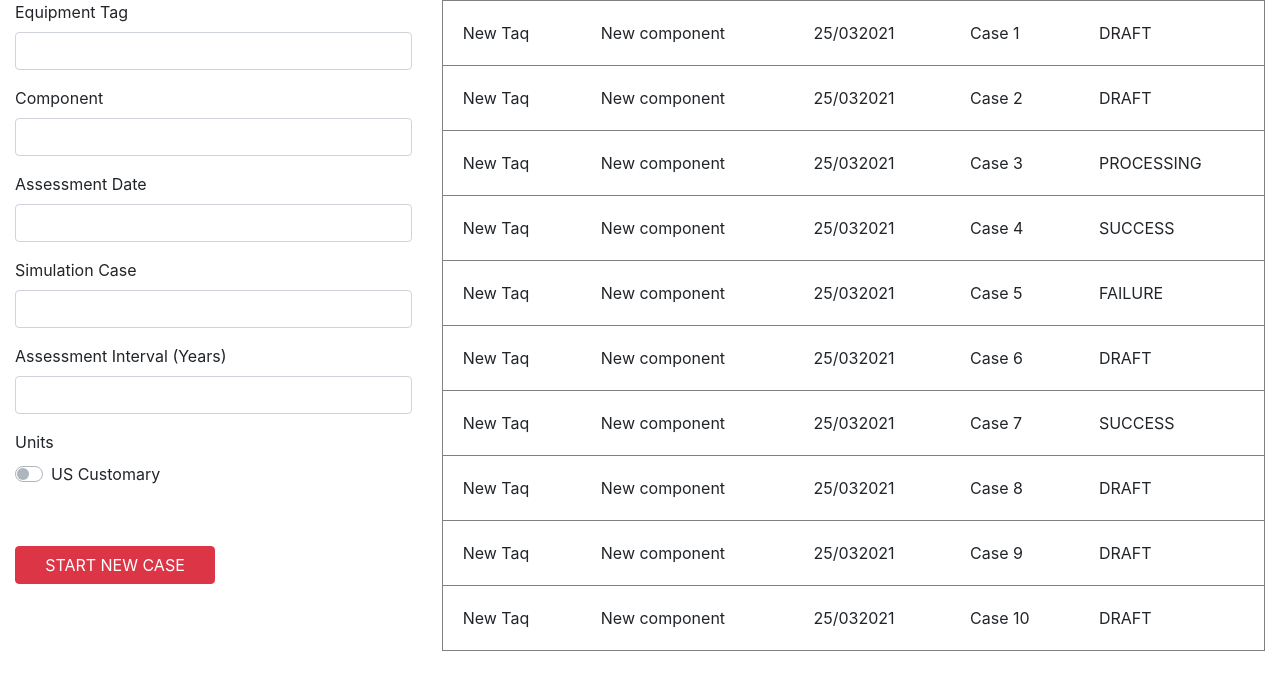
Repository: arif286/dashboard
Page: /
These files come from the project's save history. The page is drawn as it stood at one moment and after the next save; the edit follows.
The browser window is 1280 px wide. The pictures show the whole page.
The project was rebuilt for these pictures with package versions that can differ from the ones it lists, and the page was loaded fresh each time. The framework's server and built-in components were replaced by stand-ins that run in the browser. Also part of the build but not shown: nuxt.config.js, components/Nav.vue.

Above is the page before, as saved 2021-06-18 18:55:38.

### components/Form.vue
<template>
  <div>
    <form class="Assessment-input" action="">
      <div class="mb-3">
        <label for="Input1" class="form-label">Equipment Tag</label>
        <input id="Input1" type="text" class="form-control">
      </div>
      <div class="mb-3">
        <label for="Input2" class="form-label">Component</label>
        <input id="Input2" type="text" class="form-control">
      </div>
      <div class="mb-3">
        <label for="Input3" class="form-label">Assessment Date</label>
        <input id="Input3" type="text" class="form-control">
      </div>
      <div class="mb-3">
        <label for="Input4" class="form-label">Simulation Case</label>
        <input id="Input4" type="text" class="form-control">
      </div>
      <div class="mb-3">
        <label for="Input5" class="form-label">Assessment Interval (Years)</label>
        <input id="Input5" type="text" class="form-control">
      </div>
      <div>
        <label for="Input5" class="form-label">Units</label>
        <b-form-checkbox v-model="checked" name="check-button" switch>
          US Customary
        </b-form-checkbox>
      </div>
      <b-button class="submit-button" type="submit" variant="danger">
        START NEW CASE
      </b-button>
    </form>
  </div>
</template>
<script>
export default {
  data () {
    return {
      form: {
        email: '',
        name: '',
        food: null,
        checked: []
      },
      foods: [
        { text: 'Select One', value: null },
        'Carrots',
        'Beans',
        'Tomatoes',
        'Corn'
      ],
      show: true,
      checked: false
    }
  },
  methods: {
    onSubmit (event) {
      event.preventDefault()
      alert(JSON.stringify(this.form))
    }
  }
}
</script>
<style>
.submit-button {
  width: 200px;
  margin-top: 60px;
}
.Assessment-input input:focus {
  border-color: red;
  box-shadow: none;
}
</style>

### components/Table.vue
<template>
  <table class="w-100 table-border">
    <!-- <thead>
        <tr>
          <th className="text-secondary" scope="col">
            Name
          </th>
          <th className="text-secondary" scope="col">
            Email Id
          </th>
          <th className="text-secondary" scope="col">
            Service
          </th>
          <th className="text-secondary" scope="col">
            pay with
          </th>
          <th className="text-secondary" scope="col">
            status
          </th>
        </tr>
      </thead> -->
    <tbody>
      <tr v-for="item in data" :key="item.id">
        <td>{{ item.equipmentTag }}</td>
        <td>{{ item.component }}</td>
        <td>{{ item.assessmentDate }}</td>
        <td>Case {{ item.case }}</td>
        <td>{{ item.status }}</td>
      </tr>
    </tbody>
  </table>
</template>

<script>
export default {
  props: {
    data: {
      type: Array,
      required: true
    }
  }
}
</script>
<style scoped>

.table-border tr{
 border: 1px solid gray;
}
.table-border td{
  /* padding-top: 15px;
  padding-bottom: 15px;
  padding-left: 15px; */
  padding: 20px;
}
</style>

### pages/index.vue
<template>
  <div class="container">
    <div class="row">
      <div class="col-4">
        <Form />
      </div>
      <div class="col-8">
        <Table :data="dashboardData" />
      </div>
    </div>
  </div>
</template>

<script>
import { dashboardData } from '@/assets/dashboard.js'
// eslint-disable-next-line semi
export default {
  data () {
    return { dashboardData }
  }
}
</script>

<style>
.container {
  max-width: 1760px;
}
</style>

### assets/dashboard.js
export const dashboardData = [
  {
    id: 1,
    equipmentTag: 'New Taq',
    component: 'New component',
    assessmentDate: '25/032021',
    case: 1,
    status: 'DRAFT'
  },
  {
    id: 2,
    equipmentTag: 'New Taq',
    component: 'New component',
    assessmentDate: '25/032021',
    case: 2,
    status: 'DRAFT'
  },
  {
    id: 3,
    equipmentTag: 'New Taq',
    component: 'New component',
    assessmentDate: '25/032021',
    case: 3,
    status: 'PROCESSING',
    copy: true
  },
  {
    id: 4,
    equipmentTag: 'New Taq',
    component: 'New component',
    assessmentDate: '25/032021',
    case: 4,
    status: 'SUCCESS',
    copy: true
  },
  {
    id: 5,
    equipmentTag: 'New Taq',
    component: 'New component',
    assessmentDate: '25/032021',
    case: 5,
    status: 'FAILURE',
    copy: true
  },
  {
    id: 6,
    equipmentTag: 'New Taq',
    component: 'New component',
    assessmentDate: '25/032021',
    case: 6,
    status: 'DRAFT'
  },
  {
    id: 7,
    equipmentTag: 'New Taq',
    component: 'New component',
    assessmentDate: '25/032021',
    case: 7,
    status: 'SUCCESS',
    copy: true
  },
  {
    id: 8,
    equipmentTag: 'New Taq',
    component: 'New component',
    assessmentDate: '25/032021',
    case: 8,
    status: 'DRAFT'
  },
  {
    id: 9,
    equipmentTag: 'New Taq',
    component: 'New component',
    assessmentDate: '25/032021',
    case: 9,
    status: 'DRAFT'
  },
  {
    id: 10,
    equipmentTag: 'New Taq',
    component: 'New component',
    assessmentDate: '25/032021',
    case: 10,
    status: 'DRAFT'
  }
]

Loaded but not shown: layouts/default.vue (common file)

After the next save:
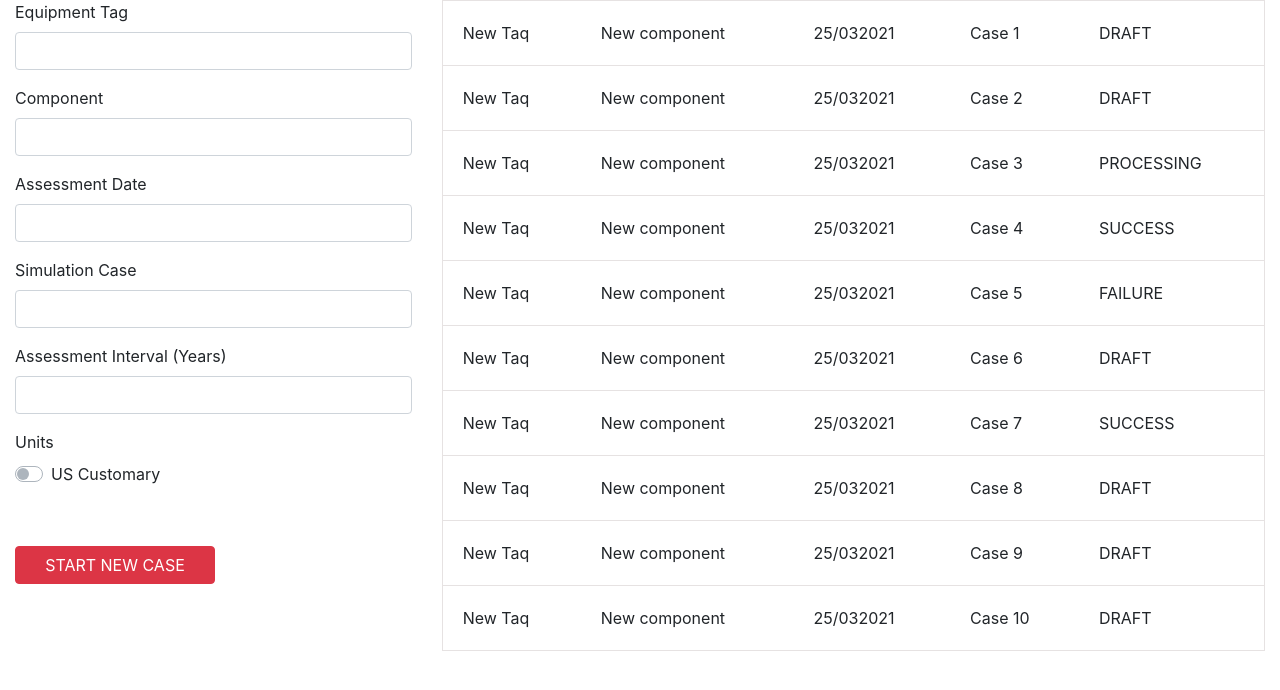
Saved 82 s later.
--- a/components/Table.vue
+++ b/components/Table.vue
@@ -44,7 +44,7 @@ export default {
 <style scoped>
 
 .table-border tr{
- border: 1px solid gray;
+ border: 1px solid #e6e2e2;
 }
 .table-border td{
   /* padding-top: 15px;
